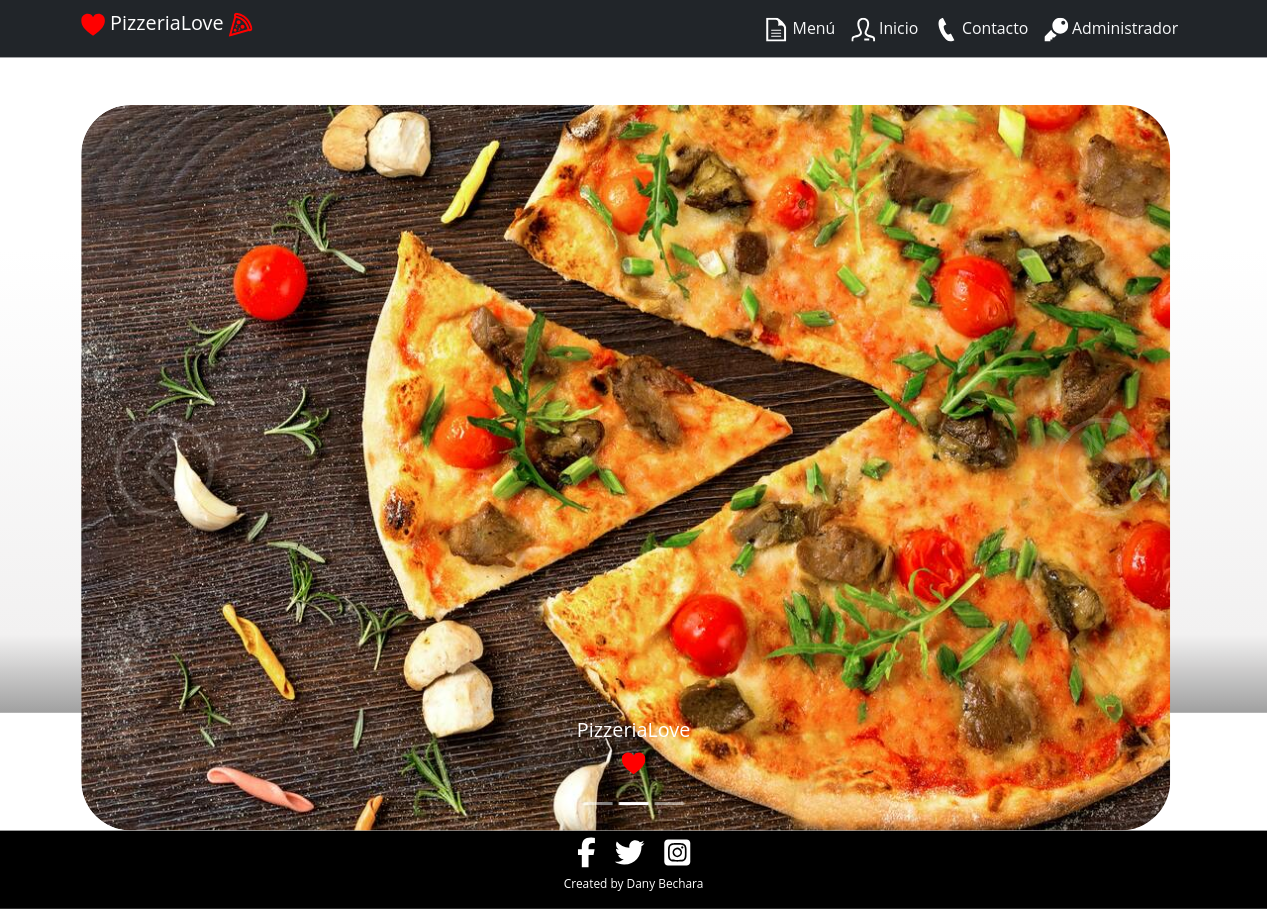
Repository: bechara611/PizzeriaLove
Page: /administrador
These files come from the project's save history. The page is drawn as it stood at one moment and after the next save; the edit follows.
The browser window is 1280 px wide. The pictures show the whole page, at 99% of full size.
The page's requests for data from a server got no answer. Backgrounds fixed to the window are drawn as part of the page. The project was rebuilt for these pictures with package versions that can differ from the ones it lists, and the page was loaded fresh each time. No one was signed in, and anything a server would have sent is missing. Also part of the build but not shown: src/App.css, src/App.js, src/Componentes/Menu.css, src/Firebase/Borrar.js, src/Componentes/Menu.js, src/Componentes/FormularioAgregarMenu.css, src/Elementos/Alerta.js.

Above is the page before, as saved 2022-02-23 09:05:03.

### src/index.js
import React,{useState} from 'react';
import ReactDOM from 'react-dom';
import './index.css';
import 'bootstrap/dist/css/bootstrap.css'
import 'bootstrap/dist/js/bootstrap.bundle.min';
import Header from './Componentes/Header';
import {BrowserRouter,Route, Routes,NavLink} from 'react-router-dom'
import {App,App2} from './App';
import WebFont from 'webfontloader'
import './index.css'
import Carousel from './Componentes/Carousel';
import Menu from './Componentes/Menu';
import Footer from './Componentes/Footer';
import { FormularioAgregarMenu } from './Componentes/FormularioAgregarMenu';

WebFont.load({
  google: {
    families: ['Open Sans:400,500,700', 'Sans-serif']
  }
});

const Index = () => {
  const [administrador,cambiaradministrador]=useState(false);
  return (
  <BrowserRouter>
     <Header administrador={administrador} cambiaradministrador={cambiaradministrador}></Header>
   <Carousel></Carousel>

    <Routes>
    <Route path='/' element={<Menu borrar={false} />} ></Route>
    <Route path='/administrador' element={<FormularioAgregarMenu />} ></Route>
    <Route path='/inicio' element={<Menu borrar={false} />} ></Route>
    </Routes>
    <Footer></Footer>
    </BrowserRouter>
    );
}


ReactDOM.render(

  <Index />,
  document.getElementById('root')
);

### src/index.css
* {
  margin: 0;
  font-family:'Open Sans';
  /* Permalink - use to edit and share this gradient: https://colorzilla.com/gradient-editor/#ffffff+0,ffffff+100&1+0,0+100;White+to+Transparent */



}


body
{
  background: rgb(255,255,255);
  background: linear-gradient(180deg, rgba(255,255,255,1) 0%, rgba(255,255,255,1) 35%, rgba(242,241,241,1) 89%, rgba(10,10,10,0.38699229691876746) 100%);

  background-attachment:fixed;
}

### src/Componentes/Header.js
import {NavLink} from 'react-router-dom'
import styled from 'styled-components';
import { BotonTipoNavLink,BotonTipoNavLinkA } from '../Elementos/BotonTipoNavLink';
import {Pizza2,Administrador2,Inicio2,Menu2,Contacto2,Heart2}from '../Elementos/ImagenesSVG';
import {App,App2} from './../App';
import './Header.css'


const Header = ({cambiaradministrador},{administrador}) => {
    let url1,urladmin;
    url1="/inicio";
    urladmin='/administrador'
      return (
        <>

        <nav className="navbar navbar-expand-sm navbar-dark bg-dark  header_nav">
        <div className="container contenedor1 ">
        <div className='hijo1_header'>
         <BotonTipoNavLink to={url1} className="navbar-brand"> <Heart2 / > PizzeriaLove <Pizza2></Pizza2></BotonTipoNavLink>



        </div>
      <div className='hijo2_header'>
        <button
        className="navbar-toggler mt-2"
        type="button"
        data-bs-toggle="collapse"
        data-bs-target="#menu"
        aria-controls="menu"
        aria-expanded="false"
        aria-label="Mostrar / Ocultar Menu"
      >
        <span className="navbar-toggler-icon"></span>
      </button>

      <div className="collapse navbar-collapse" id="menu">
      <ul className="navbar-nav me-auto mb-2 mb-lg-0 header_menu">
      <li className="nav-item opcion"><a href="#menuu" className="nav-link text-light  opcion"><Menu2></Menu2> Menú</a></li>
        <li className="nav-item"><BotonTipoNavLinkA to={url1} className="nav-link text-light"><Inicio2/> Inicio</BotonTipoNavLinkA></li>
        <li className="nav-item"><BotonTipoNavLink to={url1} className="nav-link text-light"> <Contacto2 /> Contacto</BotonTipoNavLink></li>
        <li className="nav-item"><BotonTipoNavLink to={urladmin} className="nav-link text-light"> <Administrador2 /> Administrador</BotonTipoNavLink></li>
      </ul>

    </div>
    </div>
        </div>

      </nav>

      </>
       );
    }

    export default Header;

### src/Componentes/Carousel.js
import { Heart2 } from '../Elementos/ImagenesSVG'
import imagen1 from './../Imagenes/carousel1.jpg'
import imagen2 from './../Imagenes/carousel2.jpg'
import imagen3 from './../Imagenes/carousel3.jpg'
import './Carousel.css'
const Carousel = () => {
    return (

        <>
<section className="main">
  <div className="container">
    <div className="row mt-5">
      <div className="col">
        <div className="carousel slide carousel-fade" id="mi-carousel" data-bs-ride="carousel">
          <div className="carousel-inner">
            <div className="carousel-item active">
            <div className="carousel-caption">
            <h5>PizzeriaLove</h5>
            <p><Heart2></Heart2></p>
          </div>
              <img className="img-fluid" src={imagen1} alt='' />
            </div>

            <div className="carousel-item" data-bs-interval="5000">
              <div className="carousel-caption">
                <h5>PizzeriaLove</h5>
                <p><Heart2></Heart2></p>
              </div>
              <img className="img-fluid" src={imagen2}  alt=''/>
            </div>
            <div className="carousel-item">
            <div className="carousel-caption">
            <h5>PizzeriaLove</h5>
            <p><Heart2></Heart2></p>
          </div>
            <img className="img-fluid" src={imagen3} alt='' />
            </div>
          </div>



          <button
            className="carousel-control-prev botonprev"
            type="button"
            data-bs-target="#mi-carousel"
            data-bs-slide="prev"
          >
            <span className="carousel-control-prev-icon  icono" aria-hidden="true"></span>
            <span className="visually-hidden">Prev</span>
          </button>
          <button
            className="carousel-control-next"
            type="button"
            data-bs-target="#mi-carousel"
            data-bs-slide="next"
          >
            <span className="carousel-control-next-icon icono" aria-hidden="true"></span>
            <span className="visually-hidden">Next</span>
          </button>




          <div className="carousel-indicators">
            <button
              type="button"
              className="active"
              data-bs-target="#mi-carousel"
              data-bs-slide-to="0"
              aria-label="Slide 1"
            ></button>
            <button
              type="button"
              className=""
              data-bs-target="#mi-carousel"
              data-bs-slide-to="1"
              aria-label="Slide 2"
            ></button>
            <button
              type="button"
              className=""
              data-bs-target="#mi-carousel"
              data-bs-slide-to="2"
              aria-label="Slide 3"
            ></button>
          </div>
        </div>
      </div>
    </div>
  </div>

</section>


        </>
     );
}

export default Carousel;

### src/Componentes/Footer.js
import styled from "styled-components";
import './Footer.css'
import { FontAwesomeIcon } from '@fortawesome/react-fontawesome'
import { faCoffee } from '@fortawesome/free-solid-svg-icons'
import {  faFacebookF,faInstagramSquare,faTwitter } from '@fortawesome/free-brands-svg-icons';
import useObtenerMenu from "../Hooks/useObtenerMenu";


const Footer = () => {
    let face='https://www.facebook.com';
    let insta='https://www.instagram.com';
    let twitter='https://www.twitter.com';
    let nuevaPestana="_blank"

    return (
        <>
        <div className="container-fluid " >
        <div className="row fila">
        <footer className="col-12 footer">
        <a href={face} target={nuevaPestana} className='face'><FontAwesomeIcon icon={faFacebookF}/></a>
        <a href={twitter} target={nuevaPestana} className='twitter'><FontAwesomeIcon icon={faTwitter}/></a>
        <a href={insta} target={nuevaPestana} className='instagram'><FontAwesomeIcon icon={faInstagramSquare}/></a>

        </footer>
        <p className="col-12">Created by Dany Bechara</p>
        </div>
        </div>
        </>
     );
}

export default Footer;

### src/Componentes/FormularioAgregarMenu.js
import './FormularioAgregarMenu.css'
import React,{useEffect,useState} from 'react'
import styled from 'styled-components'
import { db,app } from '../Firebase/FirebaseConfig';
import { addDoc,collection } from 'firebase/firestore';
import Alerta from '../Elementos/Alerta';
import Menu from './Menu';





const FormularioAgregarMenu = () => {
    const [platos2,cambiarplatos2]=useState([{}])
    const [precio,cambiarPrecio]=useState('');
    const [categoria,cambiarCategoria]=useState('');
    const [plato,cambiarPlato]=useState('');
    const [AlertaGenerada,CambiarAlertaGenerada]=useState(false);
    const [acceder,CambiarAcceder]=useState(false);

    const Registrar =async () => {
        try {
            await addDoc(collection(db,'menu'),
        {
            categorias:categoria,
            plato:plato,
            precio:precio
        })
        cambiarPlato('');
        cambiarCategoria('');
        cambiarPrecio('')
        CambiarAlertaGenerada(true);
        } catch (error) {
            console.log(error)
        }

    }



    return (
        <>
       {acceder===true ?
         <>
         <div className="container my-5 contenedor_formulario">
     <h2 className='my-3 text-center'>Create a new pizza</h2>
     {AlertaGenerada && <Alerta CambiarAlertaGenerada={CambiarAlertaGenerada} valorr={3}></Alerta>}
        <form action="" className='' onSubmit={(e)=>{
            e.preventDefault();
            Registrar();
        }}>
        <div className="row">
        <div className="col-12">
        <label htmlFor='plato' className="form-label">New plate</label>
            <input value={plato} required type="text" className='form-control' name="plato" id="plato" aria-describedby='ayuda-plato'
            onChange={(e)=>{
                cambiarPlato(e.target.value)
            }}/>
            <div id="ayuda-plato" className="form-text">
            Please, insert the new plate.
            </div>
            </div>
            <div className="col-6">
            <label htmlFor='categorias' className="form-label">Category</label>
            <input required value={categoria} type="text" className='form-control' name="categorias" id="categorias" aria-describedby='ayuda-categorias'
            onChange={(e)=>{
                cambiarCategoria(e.target.value)
            }} />
            <div id="ayuda-plato" className="form-text">
            Please, insert the categoria.
            </div>
            </div>
            <div className="col-6">
            <label htmlFor='precio' className="form-label">Price</label>
            <input required value={precio} type="text" className='form-control' name="precio" id="precio" aria-describedby='ayuda-number'
             onChange={(e)=>{
                cambiarPrecio(e.target.value.replace(/[^0-9.]/g,''));
            }}/>
            <div id="ayuda-number" className="form-text">
            Please, insert the price.
            </div>

            </div>




        </div>
        <div className="row">
        <div className="col-12 my-4">  <button type='submit' className=' btn btn-primary col-12'>INSERT</button></div>
        </div>
            </form>
        </div>

        <Menu borrar={true}></Menu>
         </>
         :
          <></>}

        </>
         );

}

export {FormularioAgregarMenu}

### src/Elementos/BotonTipoNavLink.js
import styled from "styled-components"
import { NavLink } from "react-router-dom"
    const BotonTipoNavLink = styled(NavLink)`
    &:hover
    {
      text-decoration: underline;
      color: black;
    }
    `

    const BotonTipoNavLinkA=styled(BotonTipoNavLink)`
    text-decoration: none;
      color: black;
      cursor:pointer;
    `
    export {BotonTipoNavLink,BotonTipoNavLinkA}

### src/Elementos/ImagenesSVG.js
import styledComponents from 'styled-components';
import {ReactComponent as Pizza} from './../Imagenes/Pizza.svg'
import {ReactComponent as Inicio} from './../Imagenes/Inicio.svg'
import {ReactComponent as Menu} from './../Imagenes/Menu.svg'
import {ReactComponent as Administrador} from './../Imagenes/Administrador.svg'
import {ReactComponent as Contacto} from './../Imagenes/Contacto.svg'
import {ReactComponent as Heart} from './../Imagenes/Heart.svg'
import {ReactComponent as Trash} from './../Imagenes/Trash.svg'
const Pizza2 = styledComponents(Pizza)`
font-size:10px;
z-index: 1;
color:white;
fill:red;

`;
const Inicio2 = styledComponents(Inicio)`
font-size:10px;
z-index: 1;
color:white;
fill:white;

`;
const Menu2 = styledComponents(Menu)`
font-size:10px;
z-index: 1;
color:white;
fill:white;

`;
const Administrador2 = styledComponents(Administrador)`
font-size:10px;
z-index: 1;
color:white;
fill:white;

`;

const Contacto2 = styledComponents(Contacto)`
font-size:10px;
z-index: 1;
color:white;
fill:white;

`;

const Heart2 = styledComponents(Heart)`
font-size:10px;
z-index: 1;
color:white;
fill:red;

`;

const Trash2=styledComponents(Trash)`
fill:blue;
cursor:pointer;
`

export {Pizza2,Administrador2,Inicio2,Menu2, Contacto2,Heart2,Trash2}

### src/Componentes/Header.css

*{
   box-sizing: border-box;
   margin: 0;
   padding: 0;


}
.header_nav2
{
    /* margin-top: -8px; */
    background: -moz-linear-gradient(top,  rgba(211,126,128,1) 0%, rgba(146,171,207,0) 76%, rgba(134,179,222,0) 90%, rgba(125,185,232,0) 100%); /* FF3.6-15 */
background: -webkit-linear-gradient(top,  rgba(211,126,128,1) 0%,rgba(146,171,207,0) 76%,rgba(134,179,222,0) 90%,rgba(125,185,232,0) 100%); /* Chrome10-25,Safari5.1-6 */
background: linear-gradient(to bottom,  rgba(211,126,128,1) 0%,rgba(146,171,207,0) 76%,rgba(134,179,222,0) 90%,rgba(125,185,232,0) 100%); /* W3C, IE10+, FF16+, Chrome26+, Opera12+, Safari7+ */
filter: progid:DXImageTransform.Microsoft.gradient( startColorstr='#d37e80', endColorstr='#007db9e8',GradientType=0 ); /* IE6-9 */


}
body
{
    /* background: url(./../Imagenes/textura.png);
	background-repeat: repeat;
	background-attachment: fixed; */
}

.nav
{


}

.contenedor12
{

    /* min-height: 300px;  */
}

.hijo1_header
{
    align-self: start;
    /* margin-top: 2%; */

}
.hijo2_header
{
    /* margin-top: 2%; */
    align-self: start;
}
.header_menu
{

}

.opcion
{
text-decoration: dotted;
display: inline-block;
opacity: 1;

}



.opcion:hover
{
    text-decoration: underline;
}

.opcion:link
{
color: green;
}

### src/Componentes/Carousel.css
.carousel-inner{border-radius: 50px;}
.carousel-item{border-radius: 50px;}
.img-fluid{border-radius: 50px;}
.icono {
    height: 100px;
    width: 100px;

      /*shape border*/
      border: 5px solid white;
      border-radius: 50%; /*zero for square */
      opacity: 0.3;
      /*symbol */
      color: BLACK;



}
.icono:hover{opacity: 1;}

### src/Firebase/FirebaseConfig.js
import { initializeApp } from "firebase/app";
import { getAnalytics } from "firebase/analytics";
import { getFirestore } from "firebase/firestore";
import { getAuth, createUserWithEmailAndPassword } from "firebase/auth";

const firebaseConfig2 = {
    apiKey: "AIzaSyDhYuWK_8Uy4S-BtkFmFfityIjQnt4M3Is",
    authDomain: "pizzerialove-00.firebaseapp.com",
    projectId: "pizzerialove-00",
    storageBucket: "pizzerialove-00.appspot.com",
    messagingSenderId: "356504995914",
    appId: "1:356504995914:web:c5fee404edbf5f32affeb3",
    measurementId: "G-CK1N9HMEKD"
  };


    const firebaseConfig = {
      apiKey:process.env.REACT_APP_FIREBASE_API_KEY,
      authDomain:process.env.REACT_APP_FIREBASE_AUTH_DOMAIN,
      projectId:process.env.REACT_APP_FIREBASE_PROJECT_ID,
      storageBucket:process.env.REACT_APP_FIREBASE_STORAGE_BUCKET,
      messagingSenderId:process.env.REACT_APP_FIREBASE_MESSAGING_SENDER_ID,
      appId:process.env.REACT_APP_FIREBASE_APP_ID,
      measurementId:process.env.REACT_APP_FIREBASE_MEASUREMENT_ID
    };



// Initialize Firebase
const app = initializeApp(firebaseConfig);
const analytics = getAnalytics(app);
const db= getFirestore();
const auth=getAuth();

export {app,analytics,db,auth};

### src/Hooks/useObtenerMenu.js
import React,{useEffect,useState} from 'react'
import { db } from '../Firebase/FirebaseConfig';
import { collection,onSnapshot } from 'firebase/firestore';

const useObtenerMenu = () => {
    const [platos,cambiarplatos]=useState([{}])
    useEffect(()=>{

            const FuncionObtenerMenu=onSnapshot(collection(db,'menu'), (snapShot)=>{

               let vectormenu=snapShot.docs.map((documento)=>{
                  // console.log(documento.id)
                    return {...documento.data(),id:documento.id}
                })
              //  console.log(vectormenu);
                cambiarplatos(vectormenu)
            })





          },[])
          return [platos,cambiarplatos]
}

export default useObtenerMenu;

### src/Componentes/Footer.css
.footer
{
    display: flex;
    flex-direction: row;
    justify-content: center;

}
.fila
{
    display: flex;
    justify-content: center;
    text-align: center;
    background: black;
    font-size: 12px;
}
.fila p
{

color: white;
}
.footer a{
    text-decoration: none;
font-size: 30px;
display: inline-block;
color: white;
margin: 0 10px;
}
.face:hover{color: blue;}
.twitter:hover{color: lightblue;}
.instagram:hover{color:#fcaf45}

Loaded but not shown: public/index.html (common file)

After the next save:
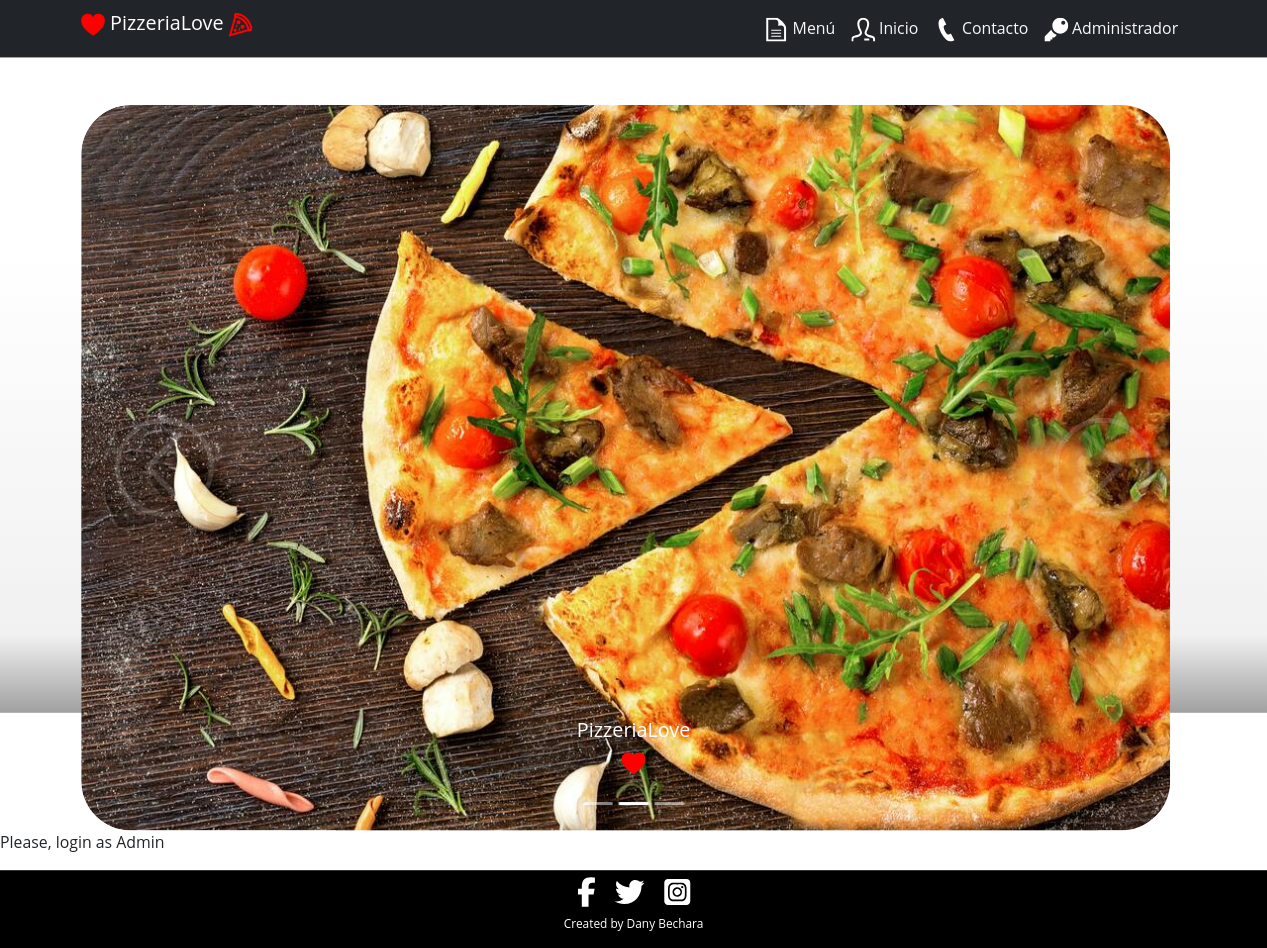
Saved 24 s later.
--- a/src/Componentes/FormularioAgregarMenu.js
+++ b/src/Componentes/FormularioAgregarMenu.js
@@ -95,7 +95,7 @@ const FormularioAgregarMenu = () => {
         <Menu borrar={true}></Menu>
          </>
          :
-          <></>}
+          <><p>Please, login as Admin</p></>}
 
         </>
          );
